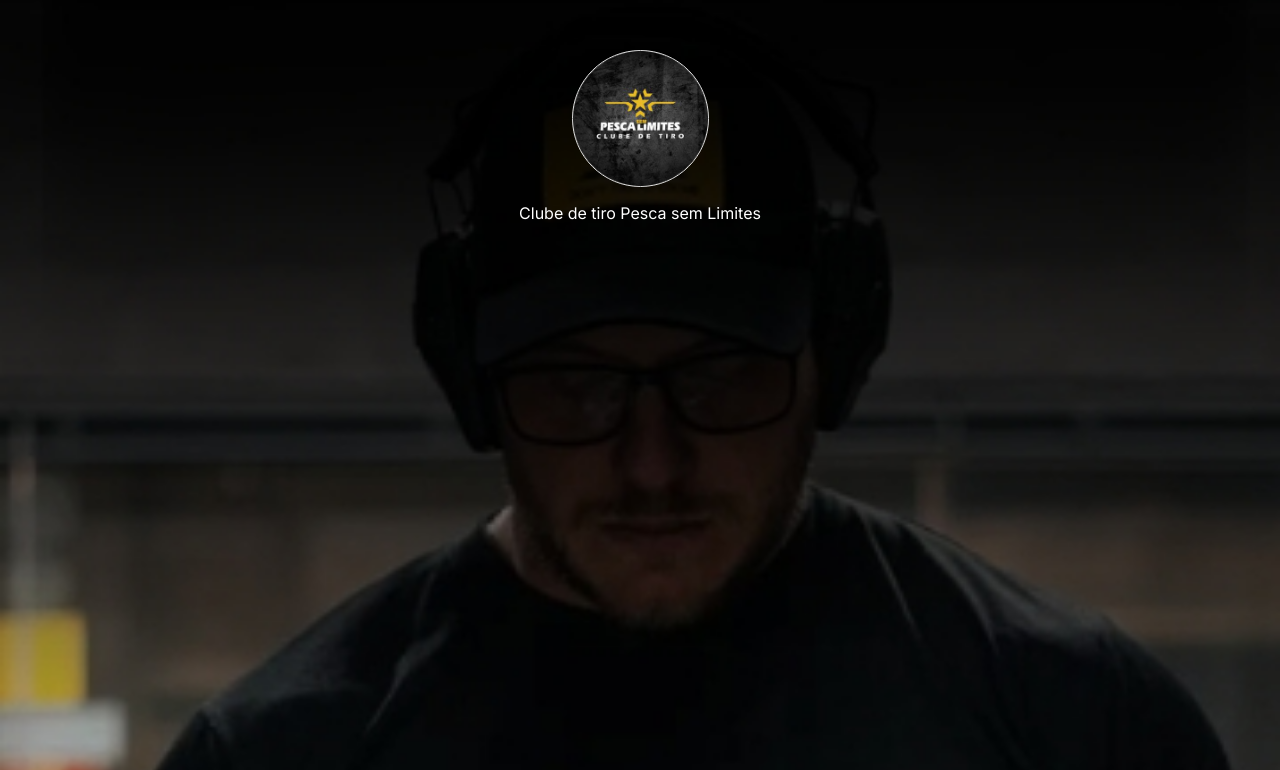
Repository: Fr4nc021/LinkPages-PescasemLimites
Page: index.html
The author's editor kept a copy of each file at every save. The page is drawn from the files as they stood at one save, then again after the next save.
The browser window is 1280 px wide. The pictures show the whole page.

Above is the page before, as saved 2025-02-27 22:04:36.

### index.html
<!DOCTYPE html>
<html lang="pt-br">
<head>
    <link rel="preconnect" href="https://fonts.googleapis.com" />
    <link rel="preconnect" href="https://fonts.gstatic.com" crossorigin
    />
    <link
    href="https://fonts.googleapis.com/css2?family=Inter:ital,opsz,wght@0,14..32,100..900;1,14..32,100..900&display=swap" rel="stylesheet"
    />
    <link rel="stylesheet" href="style.css">
    <meta charset="UTF-8">
    <meta name="viewport" content="width=device-width, initial-scale=1.0">
    <title>LinkPage</title>
</head>
<body>
    <div id="profile">
        <img src="./midia/logo_clube_de_tiro.jpg"
        alt="Logo Pesca sem Limites Clube de tiro">
        <p>Clube de tiro Pesca sem Limites</p>
    </div>

</body>
</html>

### style.css
body * {
    font-family: "Inter", sans-serif;
    color: rgb(255, 255, 255);
}

body {
    background: url(./midia/Foto_fundo_mobile.jpg) no-repeat center center/cover;
    height: 100vh; /* Garante que o body ocupe 100% da altura da tela */
    margin: 0; /* Remove margens padrão */
    padding: 0; /* Remove padding padrão */
}
#profile img {
    border: 1px solid #ddd;
    width: 135px;
    display: block;
    margin: 50px auto 0; /* Adiciona 30px no topo, centraliza horizontalmente e remove margem inferior */
    padding: 0; /* Removendo o padding para evitar espaçamentos extras */
    border-radius: 50%;
}

#profile {
    text-align: center;
}

After the next save:
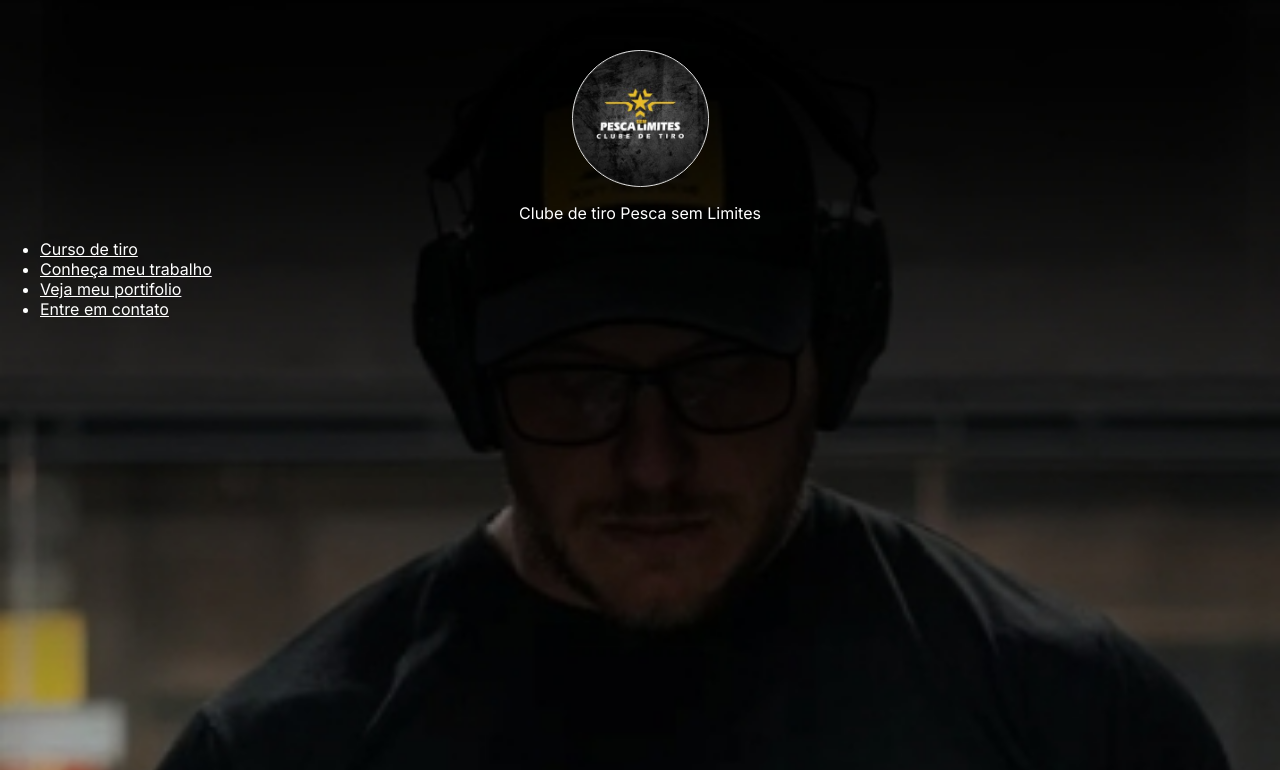
Saved 103 s later.
--- a/index.html
+++ b/index.html
@@ -19,5 +19,22 @@
         <p>Clube de tiro Pesca sem Limites</p>
     </div>
 
+    <div>
+        <ul>
+            <li>
+                <a href="https://www.contate.me/clubedetiropescasemlimites" target="_blank">Curso de tiro</a>
+            </li>
+            <li>
+                <a href="" target="_blank">Conheça meu trabalho</a>
+            </li>
+            <li>
+                <a href="https://github.com/Fr4nc021" target="_blank">Veja meu portifolio</a>
+            </li>
+            <li>
+                <a href="https://w.app/hibmft" target="_blank">Entre em contato</a>
+            </li>
+        </ul>
+    </div>
+
 </body>
 </html>
